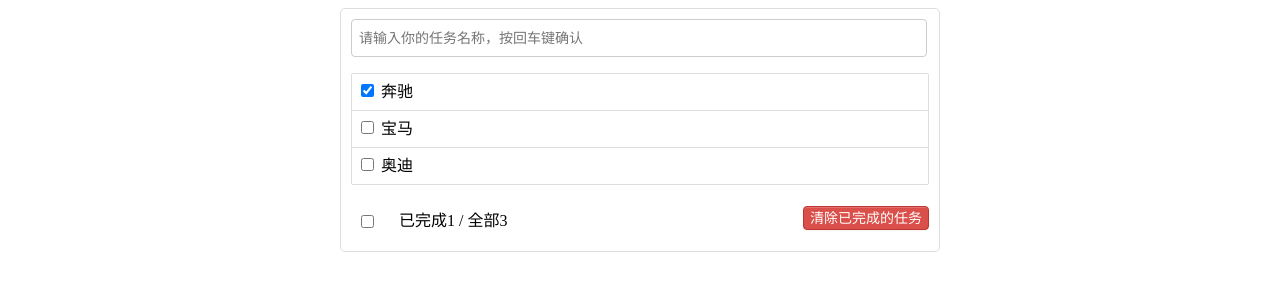
Repository: zhuhongxiang/Vue3.0-TSLeaning
Page: / (app in 04_Vue3/vue3_learning/)
The author's editor kept a copy of each file at every save. The page is drawn from the files as they stood at one save, then again after a run of saves.
The browser window is 1280 px wide. The pictures show the whole page.
The project was rebuilt for these pictures with package versions that can differ from the ones it lists, and the page was loaded fresh each time.

Above is the page before, as saved 2021-07-28 15:51:25.

After the next 2 saves:
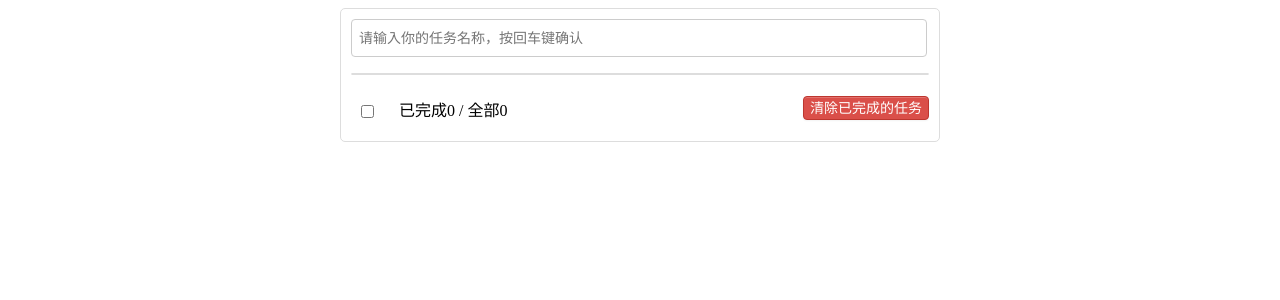
The 2 saves are shown as one change because they came seconds apart.
The last was saved 2 min 31 s later.
--- a/04_Vue3/vue3_learning/src/App.vue
+++ b/04_Vue3/vue3_learning/src/App.vue
@@ -13,7 +13,7 @@
 </template>
 
 <script lang='ts'>
-import { defineComponent, reactive, toRefs, watch } from "vue";
+import { defineComponent, onMounted, reactive, toRefs, watch } from "vue";
 import Header from "./components/Header.vue";
 import List from "./components/List.vue";
 import Footer from "./components/Footer.vue";
@@ -27,12 +27,21 @@ export default defineComponent({
   // 把数组暂且定义在App.vue父级组件
   setup() {
     // 定义一个数组数据
+    // const state = reactive<{ todos: Todo[] }>({
+    //   todos: [
+    //     { id: 1, title: "奔驰", isCompleted: true },
+    //     { id: 2, title: "宝马", isCompleted: false },
+    //     { id: 3, title: "奥迪", isCompleted: false },
+    //   ],
+    // });
     const state = reactive<{ todos: Todo[] }>({
-      todos: [
-        { id: 1, title: "奔驰", isCompleted: true },
-        { id: 2, title: "宝马", isCompleted: false },
-        { id: 3, title: "奥迪", isCompleted: false },
-      ],
+      todos: [],
+    });
+    // 界面加载完毕后再加载数据
+    onMounted(() => {
+      setTimeout(() => {
+        state.todos = readTodos();
+      }, 1000);
     });
     // 添加数据的方法
     const addTodo = (todo: Todo) => {
